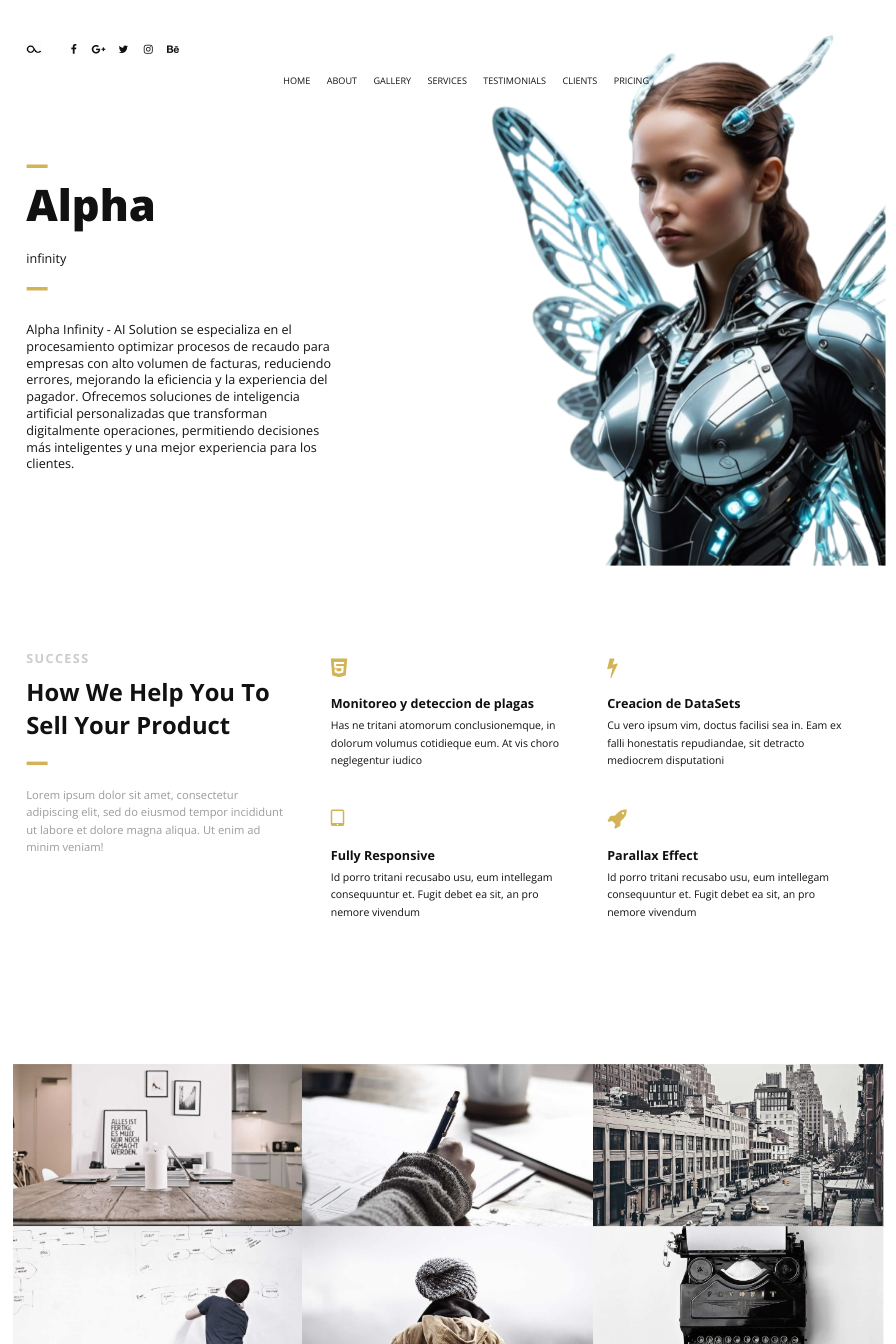
Repository: LukasMoyano/AlphaInfinityPresentationWepPage0.0.1a
Page: index.html
These files come from the project's save history. The page is drawn as it stood at one moment and after the next save; the edit follows.
The browser window is 1280 px wide. The pictures show the part of the page from y = 0 to 1920 px (the page is 5462 px tall), at 70% of full size.

Above is the page before, as saved 2024-05-16 20:01:30.

After the next save:
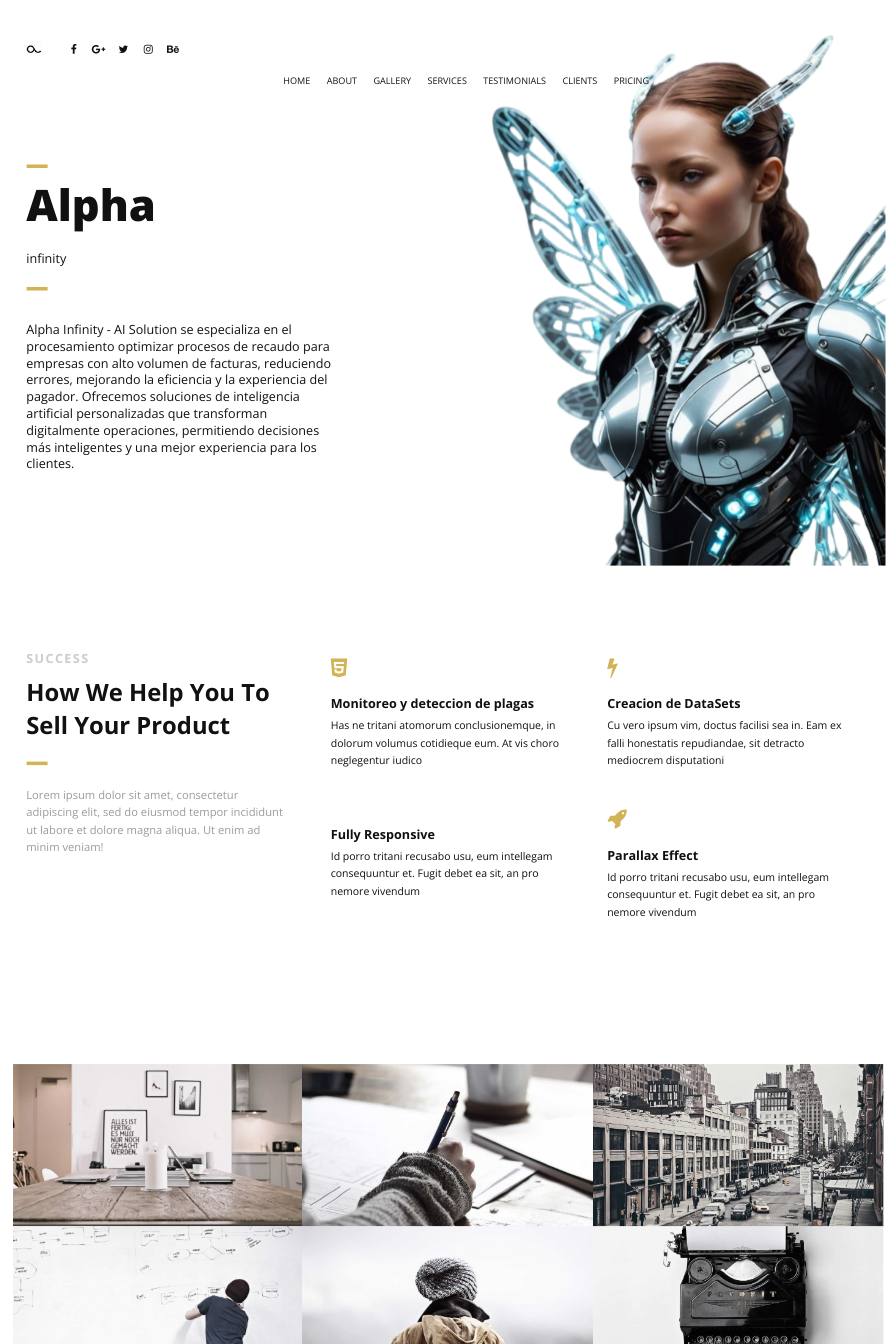
Saved 51 s later.
--- a/index.html
+++ b/index.html
@@ -208,7 +208,6 @@
                     <div class="col-2 icon-block icon-top wow fadeInUp" data-wow-delay="0.5s">
                         <!--Icon-->
                         <div class="icon">
-                            <i class="fa fa-tablet fa-2x"></i>
                         </div>
                         <!--Icon Block Description-->
                         <div class="icon-block-description">
